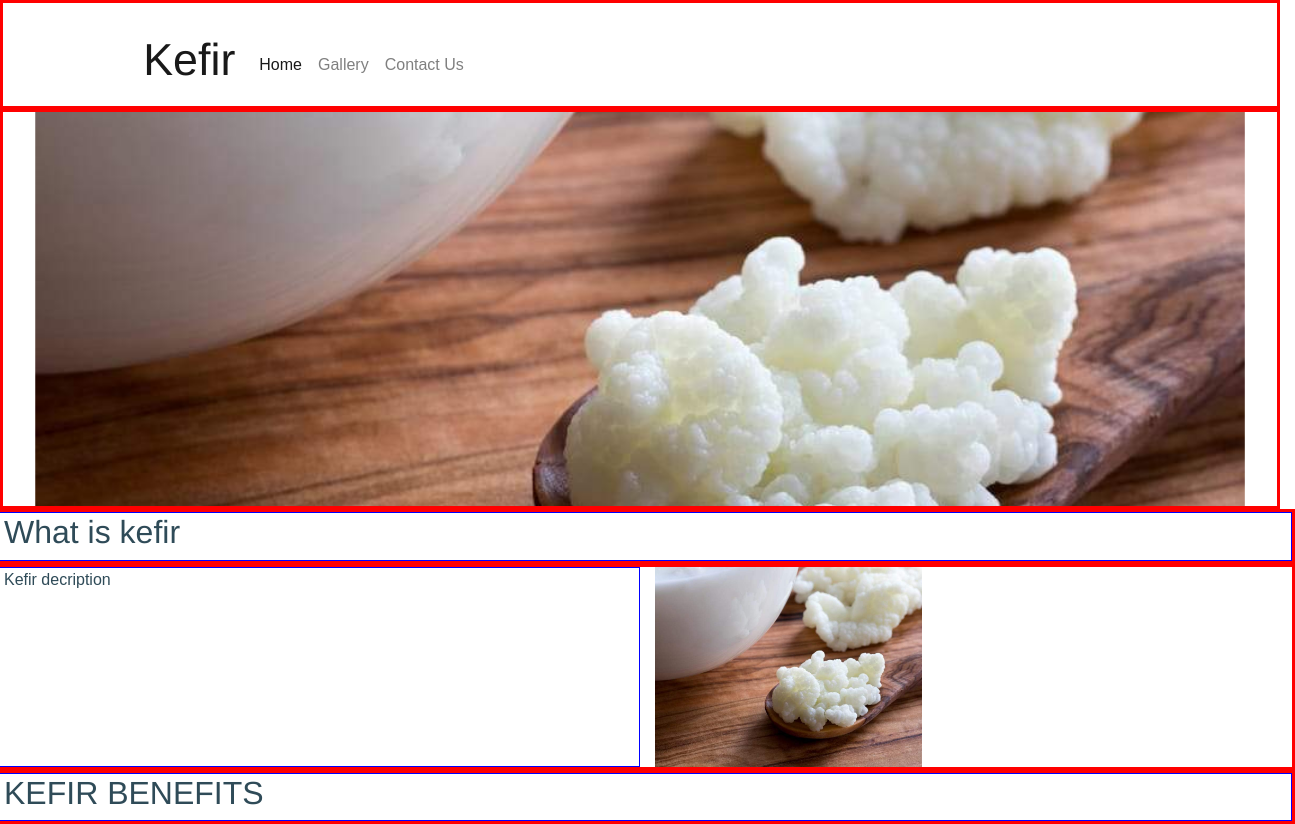
Repository: andna5980/kefir-web
Page: src/index.html
The author's editor kept a copy of each file at every save. The page is drawn from the files as they stood at one save, then again after the next save.
The browser window is 1280 px wide. The page is 1295 px wide, so the pictures cover 1295 px, including what lies to the right of the window. The pictures show the whole page.
Some web fonts or font styles are not loaded; a fallback is used. Some web libraries are served in a nearby version.

Above is the page before, as saved 2021-02-28 12:10:07.

### src/index.html
<!DOCTYPE html>
<html lang="en-US">

<head>
  <meta charset="UTF-8">
  <meta name="viewport" content="width=device-width, initial-scale=1.0">
  <meta name="author" content="Andres Navarrete">
  <meta name="description"
    content="Kefir, meet the power of nature. Bring the right knowledge and the best recipes from mother nature">
  <meta name="keywords" content="Kefir, recipes, natural-products, home-made, organic, healthy">
  <title>KEFIR | MEET THE POWER OF NATURE</title>
  <link rel="stylesheet" href="https://cdn.jsdelivr.net/npm/bootstrap@4.5.3/dist/css/bootstrap.min.css"
    integrity="sha384-TX8t27EcRE3e/ihU7zmQxVncDAy5uIKz4rEkgIXeMed4M0jlfIDPvg6uqKI2xXr2" crossorigin="anonymous">
  <link rel="stylesheet" href="https://use.fontawesome.com/releases/v5.6.3/css/all.css"
    integrity="sha384-UHRtZLI+pbxtHCWp1t77Bi1L4ZtiqrqD80Kn4Z8NTSRyMA2Fd33n5dQ8lWUE00s/" crossorigin="anonymous">
  <link href="../src/assets/styles/style.css" rel="stylesheet">
</head>

<body>
  <!--------------------Main-Header-------------------------------------->
  <header>
    <nav class="test-red navbar navbar-expand-md navbar-light">
      <a class="navbar-brand" href="#">Kefir</a>
      <button class="navbar-toggler" type="button" data-toggle="collapse" data-target="#navbarNav"
        aria-controls="navbarNav" aria-expanded="false" aria-label="Toggle navigation">
        <span class="navbar-toggler-icon"></span>
      </button>
      <div class="collapse navbar-collapse" id="navbarNav">
        <ul class="navbar-nav">
          <li class="nav-item active">
            <a class="nav-link" href="#">Home <span class="sr-only">(current)</span></a>
          </li>
          <li class="nav-item">
            <a class="nav-link" href="#">Gallery</a>
          </li>
          <li class="nav-item">
            <a class="nav-link" href="#">Contact Us</a>
          </li>

        </ul>
      </div>
    </nav>
  </header>

  <!--------------------Hero-mage-------------------------------------->

  <div class="test-red container-hero">
    <div class="hero-image col-12"></div>
  </div>


<!--------------------What-is-kefir-------------------------------------->

<section>
  <div class=" test-red row">
    <div class=" test-blue col-12"><h2>What is kefir</h2></div>
  </div>

    <div class=" test-red row">
      <div class="test-blue col-6">
        <p> Kefir decription</p>
      </div>

      <div class="col-6">
        <img src="../src/assets/images/milk-kefir-grains-spoon_1024x1024.jpg" alt="kefir-products" height="200">
      </div>
    </div>

</section>


<!--------------------Kefir-benefits-------------------------------------->

<section>
  <div class="test-red row">
    <div class=" test-blue col-12"><h2> KEFIR BENEFITS </h2></div>
  </div>



</section>



</body>











<script src="https://code.jquery.com/jquery-3.2.1.slim.min.js"
  integrity="sha384-KJ3o2DKtIkvYIK3UENzmM7KCkRr/rE9/Qpg6aAZGJwFDMVNA/GpGFF93hXpG5KkN" crossorigin="anonymous"></script>
<script src="https://cdnjs.cloudflare.com/ajax/libs/popper.js/1.12.9/umd/popper.min.js"
  integrity="sha384-ApNbgh9B+Y1QKtv3Rn7W3mgPxhU9K/ScQsAP7hUibX39j7fakFPskvXusvfa0b4Q" crossorigin="anonymous"></script>
<script src="https://maxcdn.bootstrapcdn.com/bootstrap/4.0.0/js/bootstrap.min.js"
  integrity="sha384-JZR6Spejh4U02d8jOt6vLEHfe/JQGiRRSQQxSfFWpi1MquVdAyjUar5+76PVCmYl" crossorigin="anonymous"></script>

</html>

### src/assets/styles/style.css
@import url('https://fonts.googleapis.com/css2?family=Amatic+SC&family=Caveat+Brush&display=swap');

.container {
    margin: 15px;
}


body {
    font-family: Arial, Helvetica, sans-serif;
    color: #2F4B58;
    max-width: 1500px;
}

h2 {
    font-family:  Caveat Brush, Helvetica, sans-serif;
    color: #2F4B58;
}


/*----------------------BORDER ROWS AND COLUMNS----------*/

.test-red {
    border: 3px solid red
}

.test-blue {
    border:1px solid blue
}









/*-----------------------Header ----------*/

.navbar-brand {
    float: left;
    color: #2F4B58;
    font-family:  Caveat Brush, Helvetica, sans-serif;
    font-size: 280%;
    margin-left: 10%;
    margin-top: 10px;
}

.navbar-nav {
    float: right;
}

.navbar-nav li a{
    margin-top: 20px;
    color: #2F4B58;
}


.navbar-toggler {
    border: 2px solid #2F4B58;
    color: #2F4B58;
}

/*
.navbar-toggler.icon{

}
*/





.menu a {
    text-decoration: none;
    color: #2F4B58;
}

.menu  {
list-style-type: none;
margin-right: 5%;
margin-top: 30px; /* CHAPUZA  */
word-spacing: 5px;
}

.menu ul {
    float:right;
    margin-left: 10px;
}

.menu li {
    list-style-type: none;
    display: inline-flex;
}


/*-----------------------Hero-image ----------*/

.container-hero {
    height: 400px;
    overflow: hidden;
}

.hero-image {
    height: 400px;
    width: 100%;
    background: url(../images/milk-kefir-grains-spoon_1024x1024.jpg) no-repeat center;
    animation-name: hero-zoom;
    animation-duration: 4s;
    animation-fill-mode: forwards;
}

/*------Animation of the Hero image-------*/

@keyframes hero-zoom {
    from{
        transform: scale(1);
    }
    to{
        transform: scale(1.2);
    }
}

/*-----------------------What-is-kefir-are----------*/

After the next save:
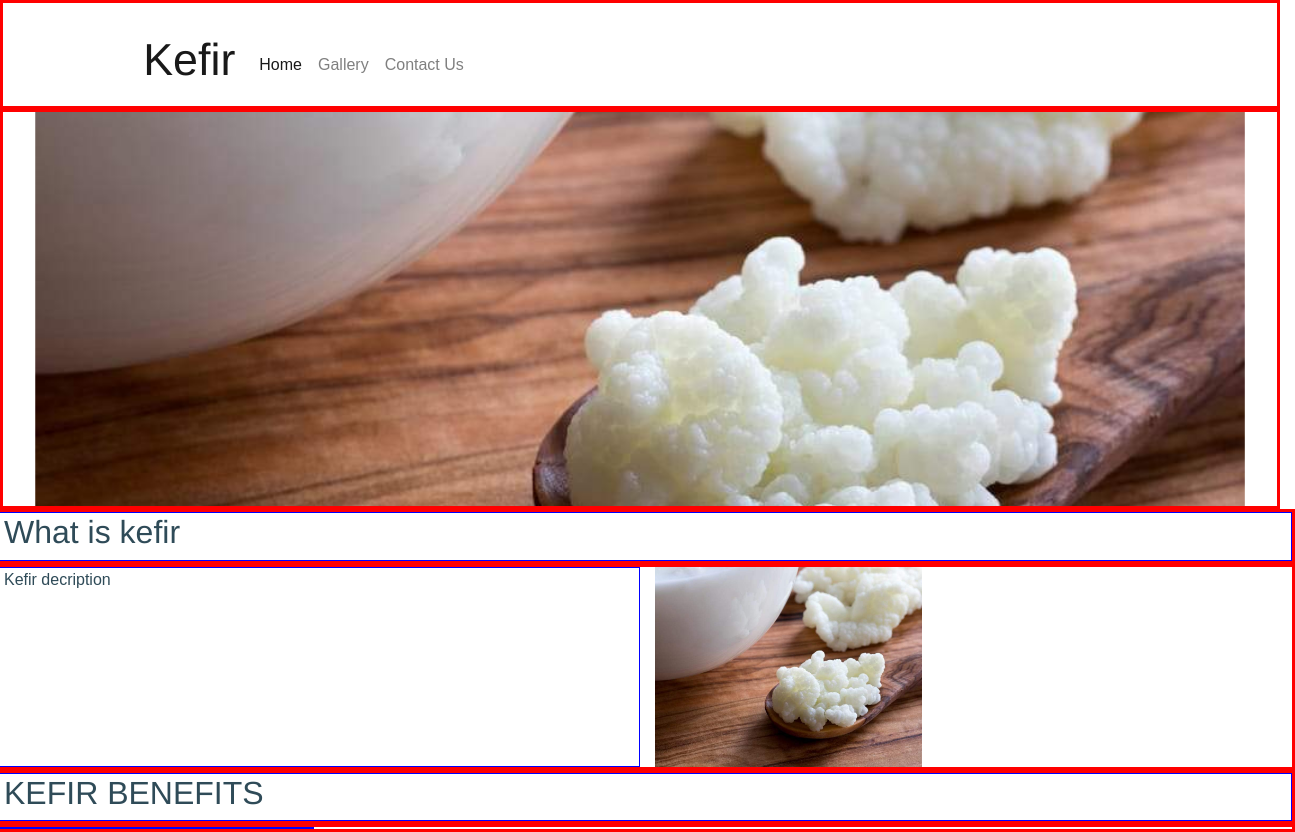
Saved 51 s later.
--- a/src/index.html
+++ b/src/index.html
@@ -75,6 +75,11 @@
   <div class="test-red row">
     <div class=" test-blue col-12"><h2> KEFIR BENEFITS </h2></div>
   </div>
+  <div class=" test-red row">
+    <div class="test-blue col-3">
+
+    </div>
+  </div>
 
 
 
